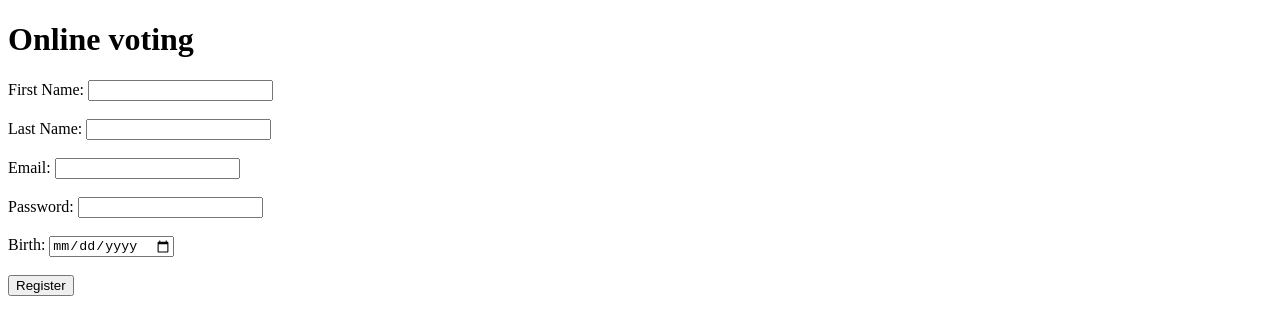
Repository: bhageshchincholi/AdvanceJava
Page: http://localhost/Election/newuser.jsp
The author's editor kept a copy of each file at every save. The page is drawn from the files as they stood at one save, then again after the next save.
The browser window is 1280 px wide. The pictures show the whole page.
The page is served by Tomcat 9.

Above is the page before, as saved 2024-06-11 10:47:49.

After the next save:
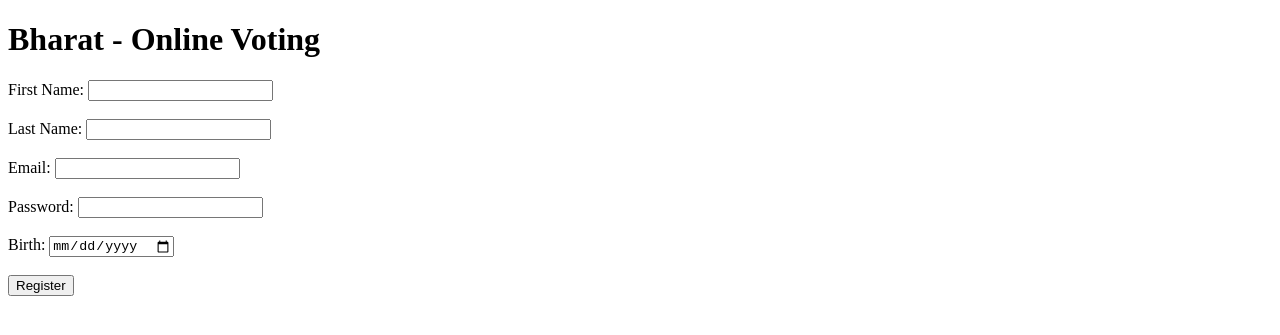
Saved 50 s later.
--- a/ElectionJSP/Election/src/main/webapp/newuser.jsp
+++ b/ElectionJSP/Election/src/main/webapp/newuser.jsp
@@ -7,7 +7,9 @@
 <title>New User</title>
 </head>
 <body>
-		<h1>Online voting</h1>
+		<%-- <h1>Online voting</h1> --%>
+
+		<h1> ${initParam.appTitle} </h1>
 
 		<form method="post" action="register.jsp">
 			First Name: <input type="text" name="firstName"/> <br/><br/>
